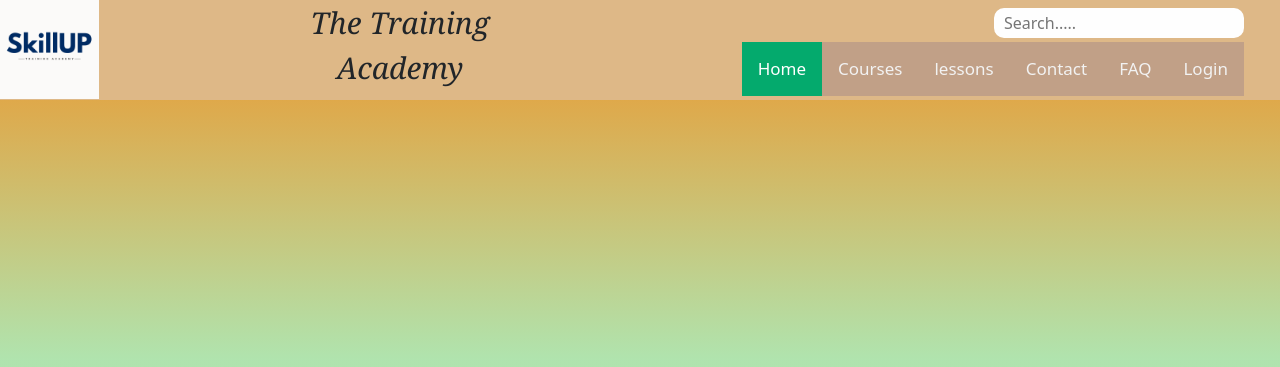
Repository: 2tzz/SkillUp-Academy
Page: Homepage.html
The author's editor kept a copy of each file at every save. The page is drawn from the files as they stood at one save, then again after the next save.
The browser window is 1280 px wide. The pictures show the whole page.
Some icons come from a web library that is not loaded, so they are not drawn.

Above is the page before, as saved 2022-10-14 03:05:08.

### Homepage.html
<!DOCTYPE html>
<html lang="en">
    <head>
        <meta charset="UTF-8">
        <meta http-equiv="X-UA-Compatible" content="IE-edge">
        <meta name="viewport" content="width=device-width, initial-scale=1.0">
        <link href="https://cdn.jsdelivr.net/npm/bootstrap@5.2.2/dist/css/bootstrap.min.css"
                    rel="stylesheet" integrity="sha384-Zenh87qX5JnK2Jl0vWa8Ck2rdkQ2Bzep5IDxbcnCeuOxjzrPF/et3URy9Bv1WTRi" crossorigin="anonymous">
        <script src="https://kit.fontawesome.com/yourcode.js" crossorigin="anonymous"></script>
        <script src="https://cdn.jsdelivr.net/npm/bootstrap@5.2.2/dist/js/bootstrap.bundle.min.js"
                    integrity="sha384-OERcA2EqjJCMA+/3y+gxIOqMEjwtxJY7qPCqsdltbNJuaOe923+mo//f6V8Qbsw3" crossorigin="anonymous"></script>
        <link rel="stylesheet" href="CSS/style.css">
        <link rel="stylesheet" href="CSS/headerCSS.css">
        <script src="JS/header.js">
            </script>
        <title>Homepage</title>
        <style>
            body{
                width: 100%;
                height: 100vh;
                background-image: linear-gradient(0deg,rgba(57, 187, 53, 0.4)50%,rgb(241, 146, 36)100%);
}
        </style>
    </head>
    <body>
        <!--Header-->
        <header>
            <div class="header" >
                  <div>
                    <div class="col-sm-12" id="imgContainer">
                        <img src="Img/SkillUP light.png" width="100px" height="100px" alt="Academy logo"/>
                    </div>
                    <div id="text_heading" >
                            The Training Academy
                    </div>
                   <div class="row">
                    <div class="row gy-1">
                    <div class="col-sm-12" >
                        <form class="search">
                                <input type="text" placeholder="Search....." class="input">
                            <button type="submit" class="button">
                                <i class="ri-search-2-line"></i>
                            </button>
                        </form>
                    </div>
                    <div class="col-sm-12">

                    <div  class="topnav" id="myTopnav">
                        <a href="#" class="active">Home</a>
                        <a href="CourseHome.html">Courses</a>
                        <a href="Lessons.html">lessons</a>
                        <a href="Contact.html">Contact</a>
                        <a href="FAQ.html">FAQ</a>
                        <a href="login.html">Login</a>
                        <a href="javascript:void(0);" class="icon" onclick="myFunction()">
                        <i class="fa fa-bars"></i>
                        </a>
                    </div>
                    </div>
                    </div>
                   </div>

             </div>
        </header>
<!--
        <div class="bgImg">
            <img src="/Img/wallpaperflare.com_wallpaper (30).jpg">
        </div>
 -->
    </body>
</html>

### CSS/style.css

.body{
  width: 100%;
  height: 100vh;
  background-image: linear-gradient(0deg,rgba(57, 187, 53, 0.4)50%,rgb(241, 146, 36)50%);
}

  .bgImg{
        width:fit-content;
        height:fit-content;
        background-image: url('img_flowers.jpg');
        background-repeat: no-repeat;
        background-size: 100% 100%;
        border: 1px solid red;
  }

### CSS/headerCSS.css

.wrapper {
    width: 500px;
    display: grid;
    flex-wrap: wrap;
  }
  .wrapper > div {
    flex: 1 1 150px;
  }

.header{
    overflow: hidden;
    height: 100px;
    background-color: burlywood;
    background-repeat:repeat;
    background-size:contain ;
    display: inline-flexbox;

}
/* image container*/
#imgContainer {
    left: 0px;
    width: 99px;
    height:99px;
    border-color: #333;
    border-width: 3px;
    float: left;
}

#imgContainer img {
    max-width: 100%;
    max-height: 100%;
    display: block;
}
#text_heading{
    position: absolute;
    width: 200px;
    height: 100px;
    left: 300px;
    text-align: center;
    font-size: 30px;
    text-shadow: black;
    font-style: italic;
    font-family: Georgia, 'Times New Roman', Times, serif;
}

/* Search box */
.searchBar{
    float: right;
    row-gap: 20px;
}
.search{
    float: right;
    position: relative;
    height: 30px;
    width: 250px;
    background-color: rgb(254, 254, 254);
    backdrop-filter: blur(2rem);
    display: flex;
    border: #000000;
    border-radius: 10px;
}
.search::before{
    content: "";
    position: absolute;
    left: 0;
    bottom: 0;
    width: 100%;
    height: 2px;
    background: #0170f0;
    transform: scaleX(0);
    transform-origin: center;
    transform-origin: left;
    transition: transform .25s ;
}
.search:focus-within::before{
    transform: scale(1);
}
.search input,
.search button{
    border: none;
    outline: none;
    background-color: transparent;
    color: #8e8e8e;
}
.input{
    width: 100%;
    padding: 10px;
}
.button{
    display: grid;
    place-items: center;
    width: 50px;
    font-size: 20px;
    cursor: pointer;
    transition: color .25s;
}
.button:hover{
    color:#0170f0
}
/*Nav Bar CSS*/
.topnav {

    float: right;
    overflow: hidden;
    position: relative;
    background-color: #333;
    background: #0082;
  }

  .topnav a {

    float: left;
    color: #f2f2f2;
    text-align: center;
    padding: 14px 16px;
    text-decoration: none;
    font-size: 17px;
  }

  .topnav a:hover {
    background-color: #ddd;
    color: black;
  }

  .topnav a.active {
    background-color: #04AA6D;
    color: white;
  }

  .topnav .icon {
    display: none;
  }

  @media screen and (max-width: 600px) {
    .topnav a:not(:first-child) {display: none;}
    .topnav a.icon {
      float: right;
      display: block;
    }
  }

  @media screen and (max-width: 600px) {
    .topnav.responsive {position: relative;}
    .topnav.responsive .icon {
      position: absolute;
      right: 0;
      top: 0;
    }
    .topnav.responsive a {
      float: none;
      display: block;
      text-align: left;
    }
  }

nav{
    float: right;
    overflow: hidden;
    position: relative;
    background-color: rgb(143, 141, 141);
    background: hsl(0 0% 100% 0.5);

}

nav ul{
    float: right;
    margin-right: 20px;
}
nav ul li{
    display: inline-block;
    line-height: 80px;
    margin: 0 5px;
}
nav ul li a {
    color: white;
    font-size: 17px;
    padding: 7px 13px;
    border-radius: 3px;
    text-decoration: none;
}
a.active,a:hover{
    background: #1b9bff;
    transition: .05s;
}

.checkbtn{
    font-size: 30px;
    color: white;
    float: right;
    line-height: 80px;
    margin-right: 40px;
    cursor: pointer;
    display: none;
}
#check{
    display: none;
}
@media(max-width:952px){
    nav ul li a{
        font-size: 16px;
    }
}
@media(max-width:858px){
    .checkbtn{
        display: block;
    }
    ul{
        position: fixed;
        width: 100%;
        height: 100vh;
        background: #2c3e50;
        left: -100%;
        text-align: center;
        transition: all .5s;
        border: #000000;
    }
    nav ul li{
        display: block;
        margin: 50px 0;
        line-height: 30px;
        border: #000000;
    }
    nav ul li a {
        font-size: 20px;
    }
    a:hover,a.active{
        background: none;
        color: #0082e6;
    }
    #check:checked ~ ul{
        left: 0;
    }

}

Loaded but not shown: JS/header.js (common file)

After the next save:
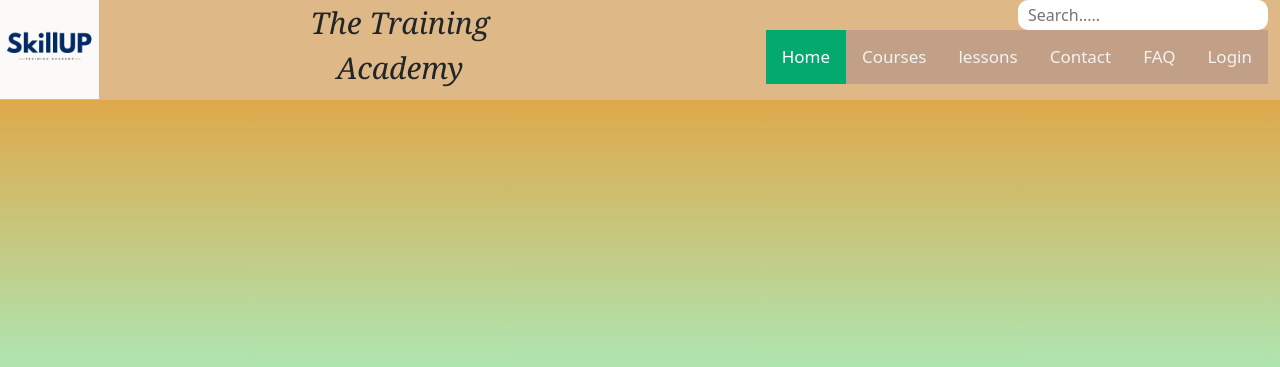
Saved 26 s later.
--- a/Homepage.html
+++ b/Homepage.html
@@ -34,7 +34,7 @@
                             The Training Academy
                     </div>
                    <div class="row">
-                    <div class="row gy-1">
+                    <!--<div class="row gy-1">-->
                     <div class="col-sm-12" >
                         <form class="search">
                                 <input type="text" placeholder="Search....." class="input">

After the save that followed:
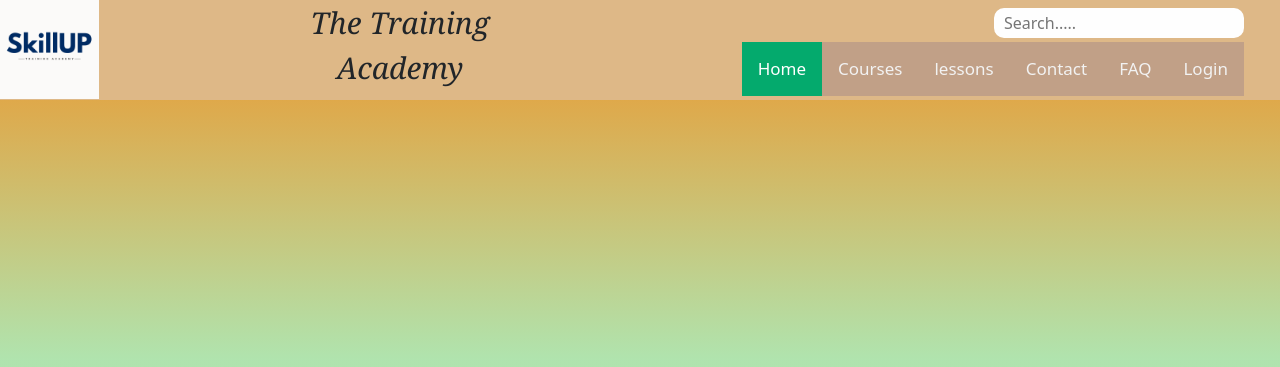
Saved 11 s later.
--- a/Homepage.html
+++ b/Homepage.html
@@ -34,7 +34,7 @@
                             The Training Academy
                     </div>
                    <div class="row">
-                    <!--<div class="row gy-1">-->
+                    <div class="row gy-1">
                     <div class="col-sm-12" >
                         <form class="search">
                                 <input type="text" placeholder="Search....." class="input">
